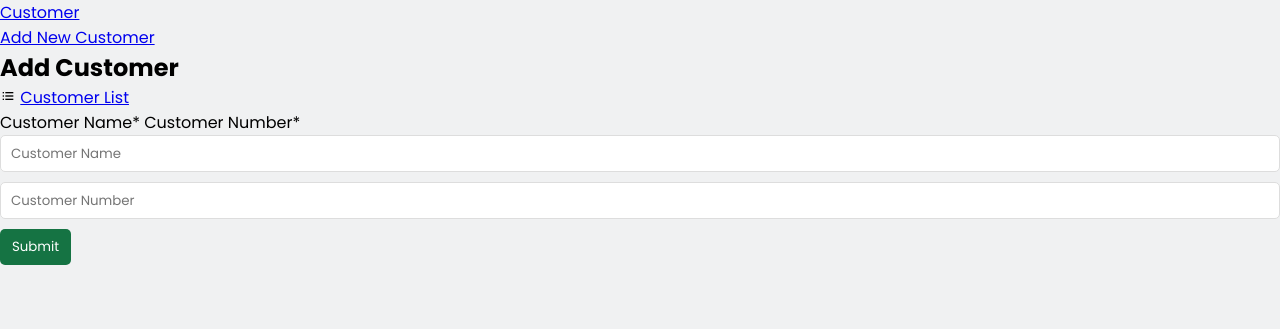
Repository: codebyaddro/customer-page
Page: pages/html/ancus.html
These files come from the project's save history. The page is drawn as it stood at one moment and after the next save; the edit follows.
The browser window is 1280 px wide. The pictures show the whole page.

Above is the page before, as saved 2025-02-20 15:07:38.

After the next save:
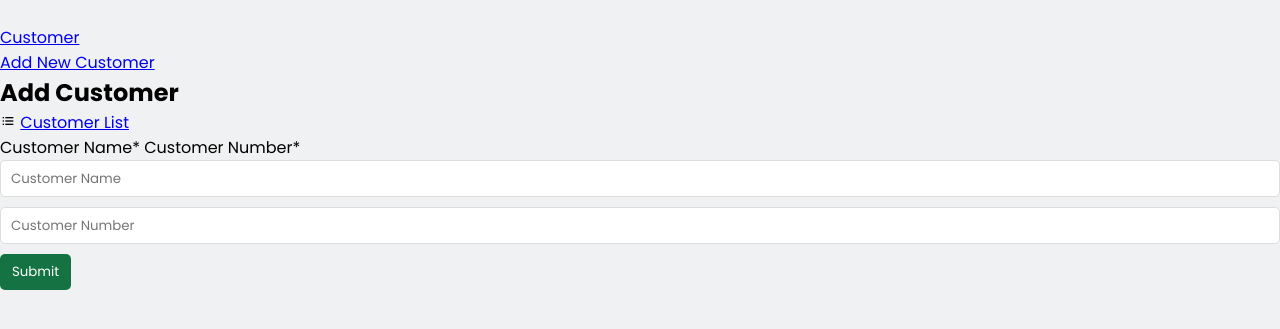
Saved 39 s later.
--- a/pages/css/ancus.css
+++ b/pages/css/ancus.css
@@ -36,7 +36,7 @@
 
 /* -- add new container style -- */
 
-.add-new-container {
+.cba-add-new-cus-container {
     width: 100%;
     margin-top: 25px;
 }

After the save that followed:
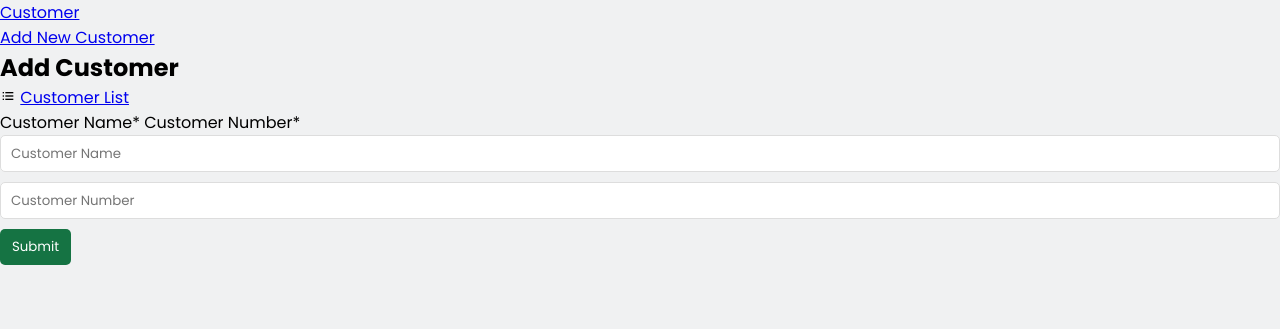
Saved 4 s later.
--- a/pages/css/ancus.css
+++ b/pages/css/ancus.css
@@ -38,7 +38,6 @@
 
 .cba-add-new-cus-container {
     width: 100%;
-    margin-top: 25px;
 }
 
 /* -- top menus style--  */
